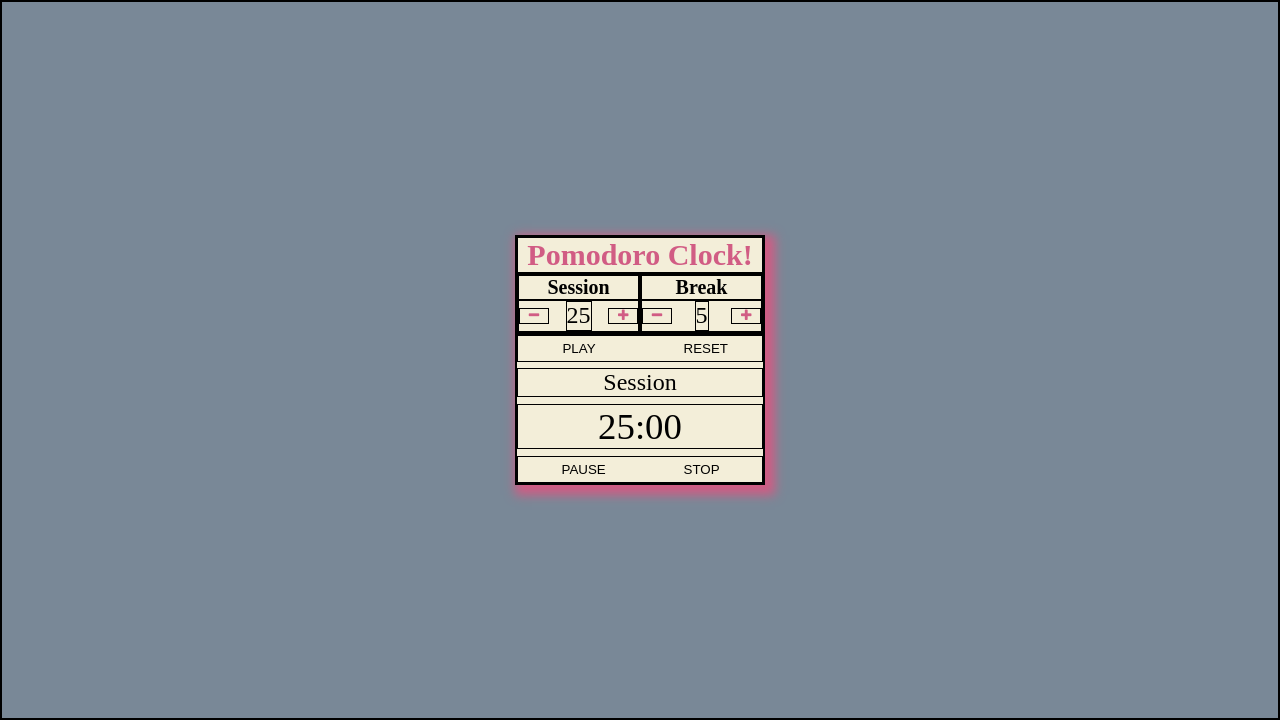
Repository: mcostigliola/pomodoroTimer
Page: index.html
These files come from the project's save history. The page is drawn as it stood at one moment and after the next save; the edit follows.
The browser window is 1280 px wide. The pictures show the whole page.

Above is the page before, as saved 2020-06-07 13:14:43.

After the next save:
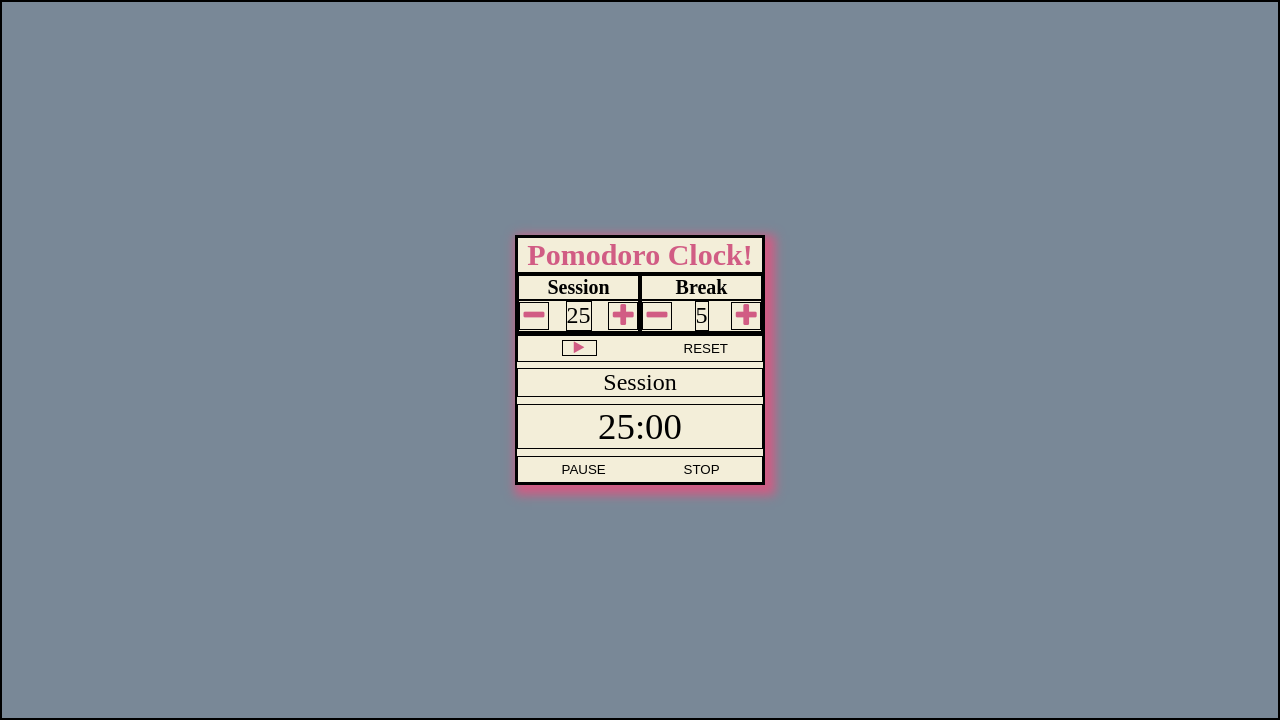
Saved 3 days later.
--- a/index.html
+++ b/index.html
@@ -19,11 +19,11 @@
         <h3 class="cnfg-name">Session</h3>
         <div class="cnfg-controller">
           <button id="session-down" class="arrow-btn arrow-down">
-            <i class="fa fa-minus" aria-hidden="true"></i>
+            <i class="fa fa-2x fa-minus" aria-hidden="true"></i>
           </button>
           <div id="session-minute" class="config-minute"></div>
           <button id="session-up" class="arrow-btn arrow-up">
-            <i class="fa fa-plus" aria-hidden="true"></i>
+            <i class="fa fa-2x fa-plus" aria-hidden="true"></i>
           </button>
         </div>
       </div>
@@ -31,11 +31,11 @@
         <h3 class="cnfg-name">Break</h3>
         <div class="cnfg-controller">
           <button id="break-down" class="arrow-btn arrow-down">
-            <i class="fa fa-minus" aria-hidden="true"></i>
+            <i class="fa fa-2x fa-minus" aria-hidden="true"></i>
           </button>
           <div id="break-minute" class="config-minute"></div>
           <button id="break-up" class="arrow-btn arrow-up">
-            <i class="fa fa-plus" aria-hidden="true"></i>
+            <i class="fa fa-2x fa-plus" aria-hidden="true"></i>
           </button>
         </div>
       </div>
@@ -43,7 +43,7 @@
 
     <div id="timer-container">
        <div class="btn-container">
-         <button id="btn-play">PLAY</button>
+         <button id="btn-play"><i class="fa fa-play" aria-hidden="true"></i></button>
          <button id="btn-reset">RESET</button>
        </div>
 
